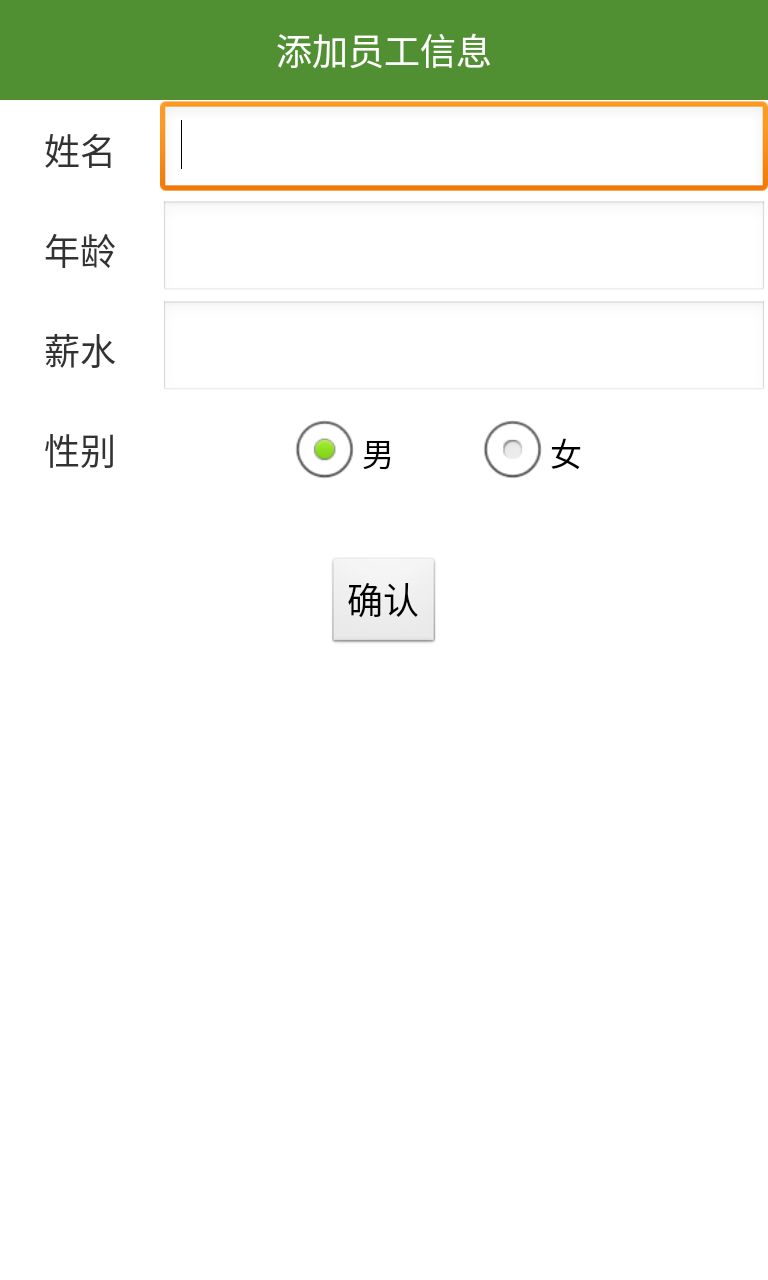
Repository: xuelang201201/Android
Layout: Android网络/android_day03_ems/res/layout/activity_add_emp.xml
An editor plug-in stored every save of this project. The layout is shown before and after the next save, followed by the edit.
It is drawn on a 768 x 1280 px phone screen (xhdpi) without system bars, with theme android:Theme.Light.NoTitleBar; the app's code is not run.

Above is the layout before, as saved 2016-03-02 09:09:17.

After the next save:
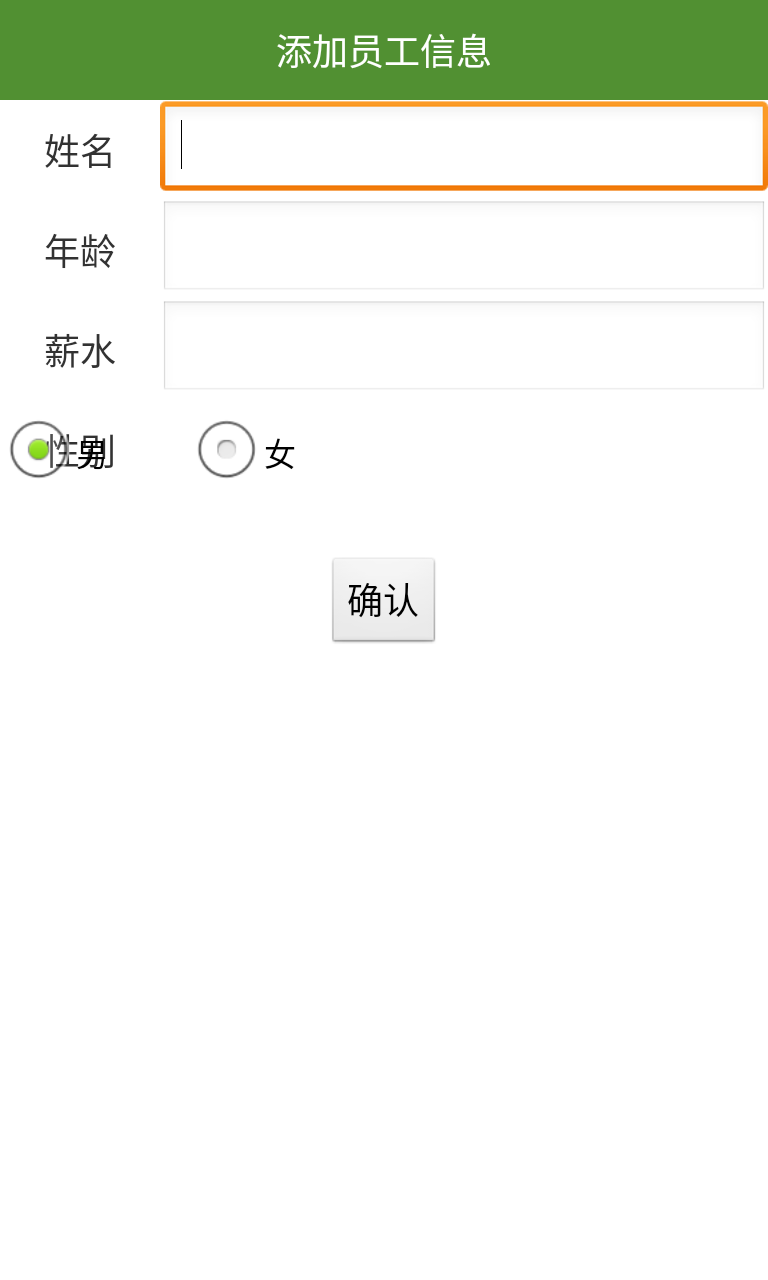
Saved 9 min 19 s later.
--- a/Android网络/android_day03_ems/res/layout/activity_add_emp.xml
+++ b/Android网络/android_day03_ems/res/layout/activity_add_emp.xml
@@ -99,7 +99,7 @@
         android:textSize="18sp" />
 
     <Button
-        android:id="@+id/btn_confirm"
+        android:id="@+id/btn_add_emp_confirm"
         android:layout_width="wrap_content"
         android:layout_height="wrap_content"
         android:layout_below="@+id/tv_add_emp_gender"

After the save that followed:
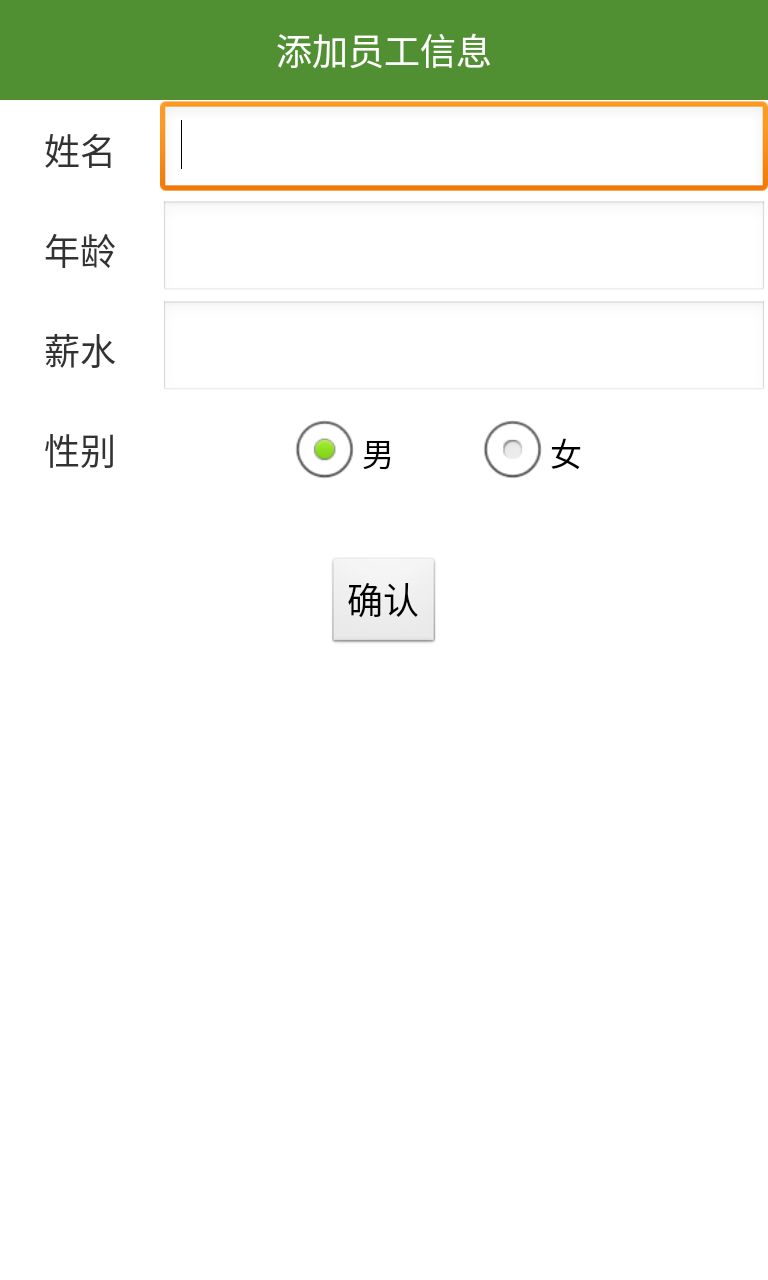
Saved 8 s later.
--- a/Android网络/android_day03_ems/res/layout/activity_add_emp.xml
+++ b/Android网络/android_day03_ems/res/layout/activity_add_emp.xml
@@ -114,7 +114,7 @@
         android:layout_width="wrap_content"
         android:layout_height="wrap_content"
         android:layout_alignBottom="@+id/tv_add_emp_gender"
-        android:layout_alignRight="@+id/btn_confirm"
+        android:layout_alignRight="@+id/btn_add_emp_confirm"
         android:layout_marginRight="24dp"
         android:checked="true"
         android:text="男" />
